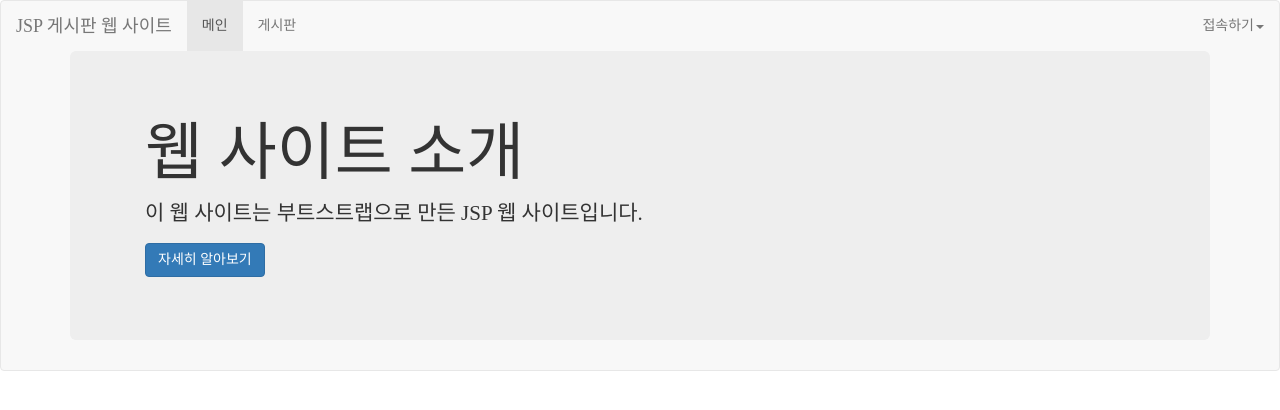
Repository: winter9388/JSP_BBS
Page: http://localhost/BBS/main.jsp
The author's editor kept a copy of each file at every save. The page is drawn from the files as they stood at one save, then again after the next save.
The browser window is 1280 px wide. The pictures show the whole page.
Some web fonts or font styles are not loaded; a fallback is used. Some web libraries are served in a nearby version. The page is served by Tomcat 9.

Above is the page before, as saved 2022-08-18 12:23:02.

After the next save:
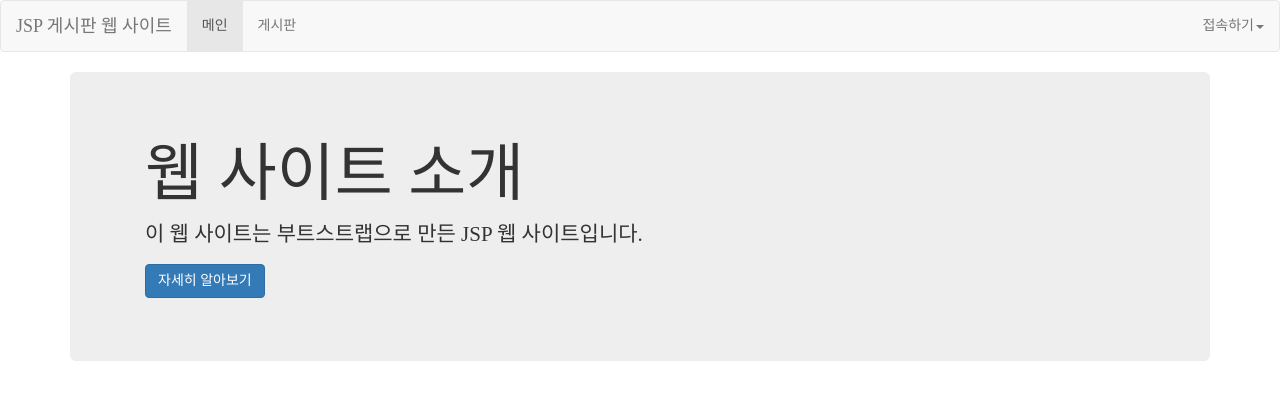
Saved 4 min 51 s later.
--- a/BBS/src/main/webapp/main.jsp
+++ b/BBS/src/main/webapp/main.jsp
@@ -66,16 +66,16 @@
 				}
 			%>
 		</div>
-		<div class="container">
-			<div class="jumbotron">
-				<div class="container">
-					<h1>웹 사이트 소개</h1>
-					<p>이 웹 사이트는 부트스트랩으로 만든 JSP 웹 사이트입니다.</p>
-					<p><a class="btn btn-primary btn-pull" href="#" role="button">자세히 알아보기</a></p>
-				</div>
+	</nav>
+	<div class="container">
+		<div class="jumbotron">
+			<div class="container">
+				<h1>웹 사이트 소개</h1>
+				<p>이 웹 사이트는 부트스트랩으로 만든 JSP 웹 사이트입니다.</p>
+				<p><a class="btn btn-primary btn-pull" href="#" role="button">자세히 알아보기</a></p>
 			</div>
 		</div>
-	</nav>
+	</div>
 
 	<script src="https://code.jquery.com/jquery-3.1.1.min.js"></script>
 	<script src="js/bootstrap.js"></script>
